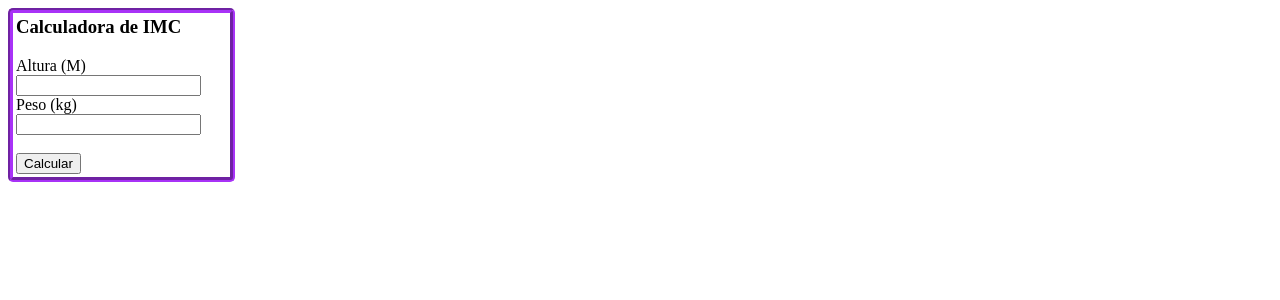
Repository: Patriciamativi/Projetos
Page: index.html
These files come from the project's save history. The page is drawn as it stood at one moment and after the next save; the edit follows.
The browser window is 1280 px wide. The pictures show the whole page.

Above is the page before, as saved 2022-11-21 15:32:54.

After the next save:
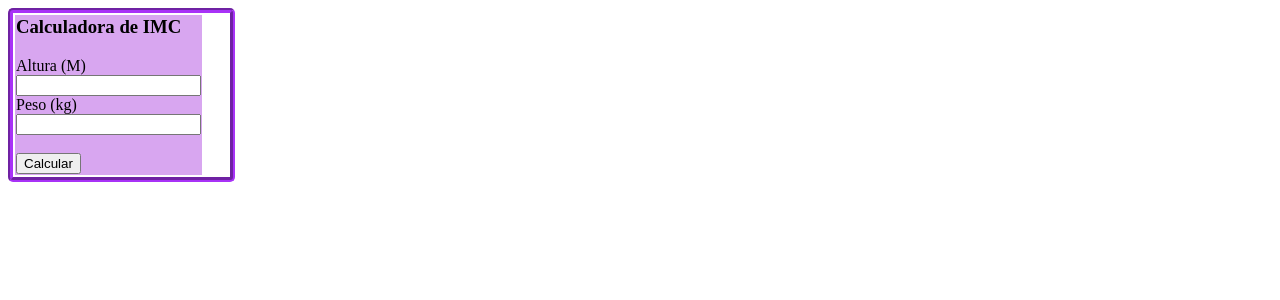
Saved 97 s later.
--- a/index.html
+++ b/index.html
@@ -12,7 +12,7 @@
             }
             td {
 
-                /*background-color: rgb(216, 166, 240);*/
+                background-color: rgb(216, 166, 240);*/
             }
 
         </style>
